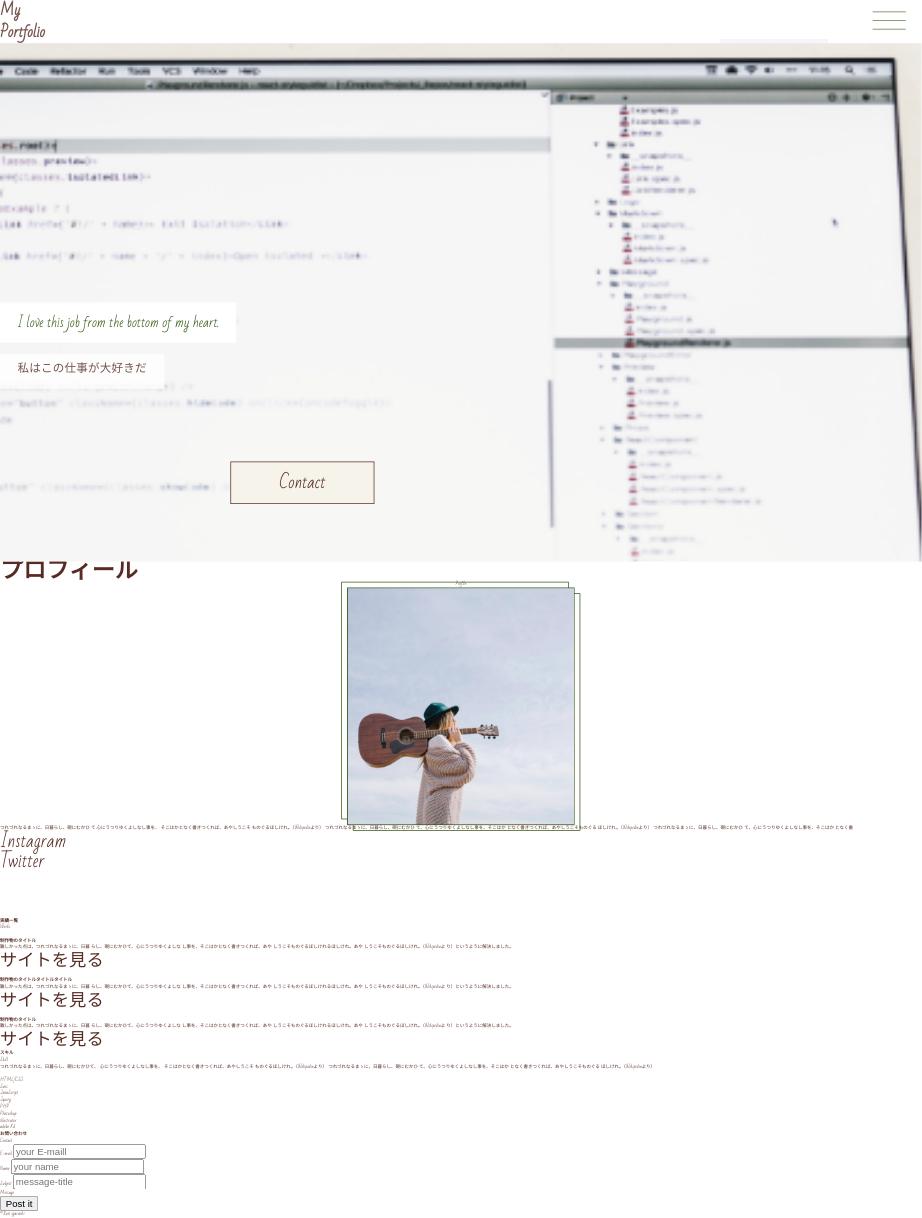
Repository: ppmp556/igarashi.kakuu
Page: index.html
An editor plug-in stored every save of this project. The page is shown before and after the next save, followed by the edit.
The browser window is 1280 px wide. The pictures show the whole page, at 72% of full size.
Some web libraries are served in a nearby version. The style sheet was rebuilt from its Sass, Less or Tailwind sources for each picture, by a compiler version that may differ from the author's.

Above is the page before, as saved 2020-10-25 17:22:30.
Console error: TypeError: Cannot read properties of null (reading 'addEventListener')

After the next save:
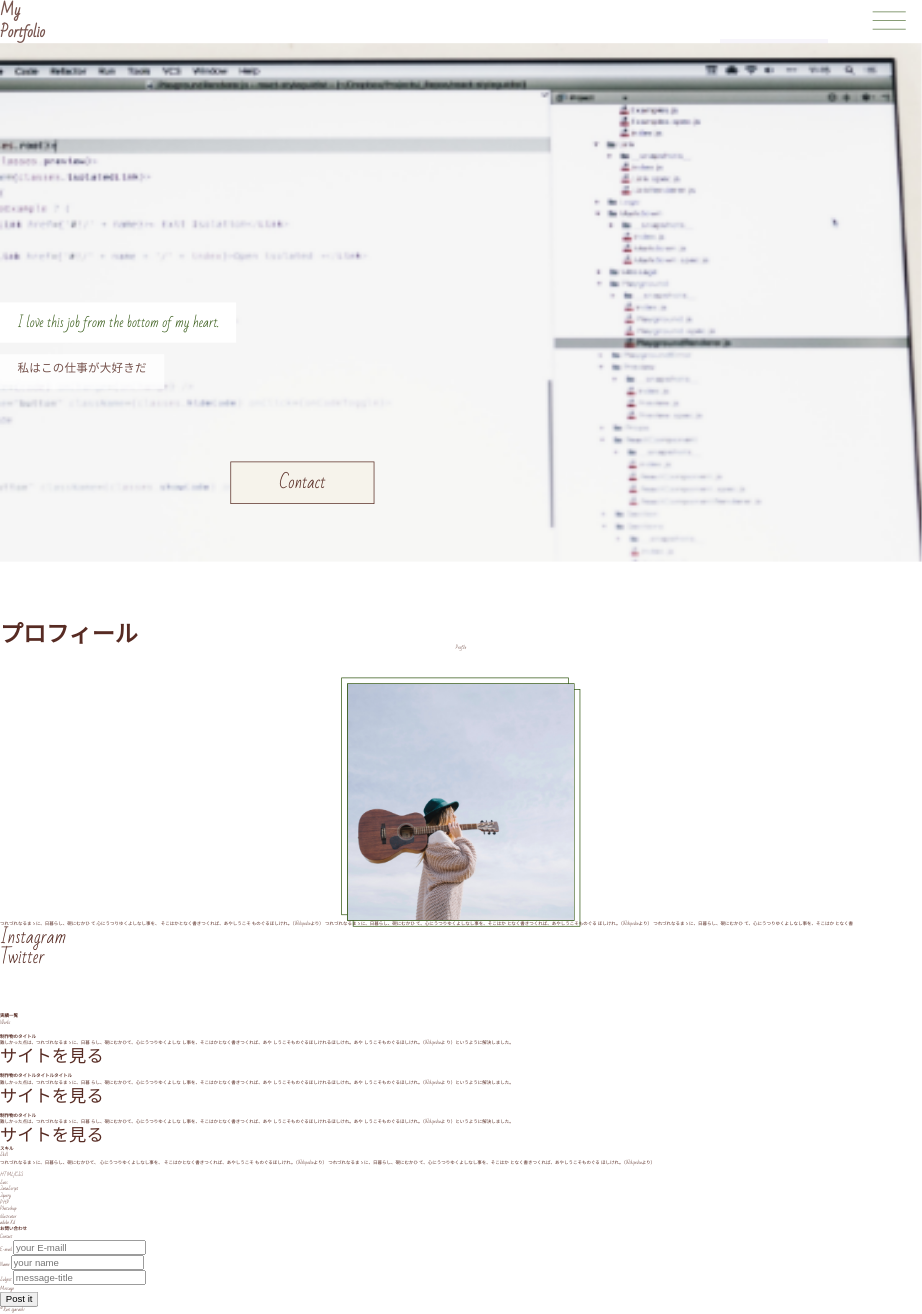
Saved 41 s later.
--- a/scss/style.scss
+++ b/scss/style.scss
@@ -366,6 +366,7 @@ profile
     padding: 0 0 64px;
 
     .section_ttlbox {
+        padding: 88px 0 45px;
         display: block;
         text-align: center;
         margin: 0 auto;
